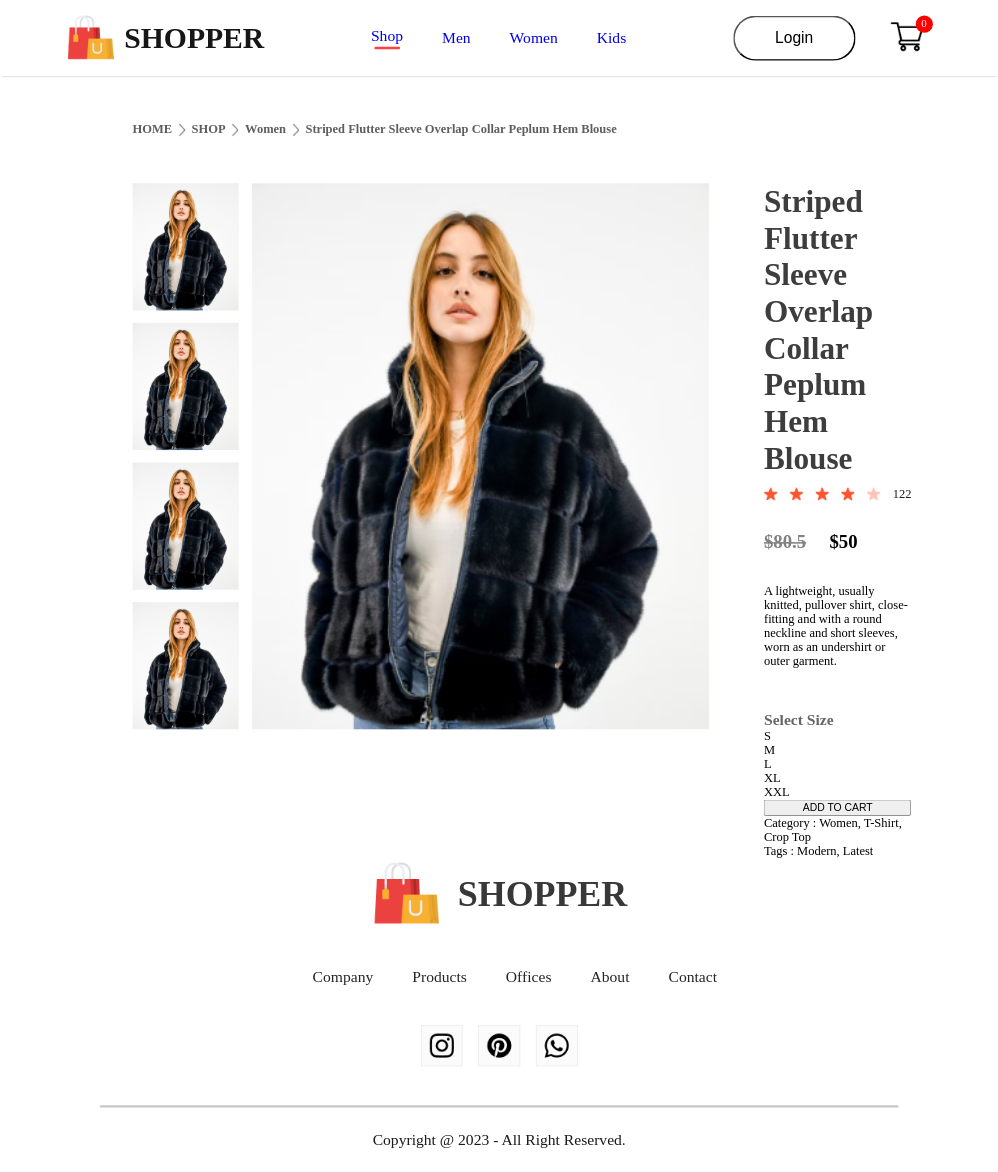
Repository: Nandhini653/SHOPPER-ECOM
Page: /product/1
The author's editor kept a copy of each file at every save. The page is drawn from the files as they stood at one save, then again after a run of saves.
The browser window is 1280 px wide. The pictures show the whole page, at 78% of full size.
The project was rebuilt for these pictures with package versions that can differ from the ones it lists, and the page was loaded fresh each time. Also part of the build but not shown: src/App.css, src/Pages/CSS/ShopCategory.css, src/Components/Item/Item.css, src/Components/Item/Item.jsx, src/Pages/ShopCategory.jsx, src/Pages/Cart.jsx, src/Pages/CSS/LoginSignup.css, src/Pages/LoginSignup.jsx and 13 more.

Above is the page before, as saved 2024-06-24 17:24:46.

After the next 6 saves:
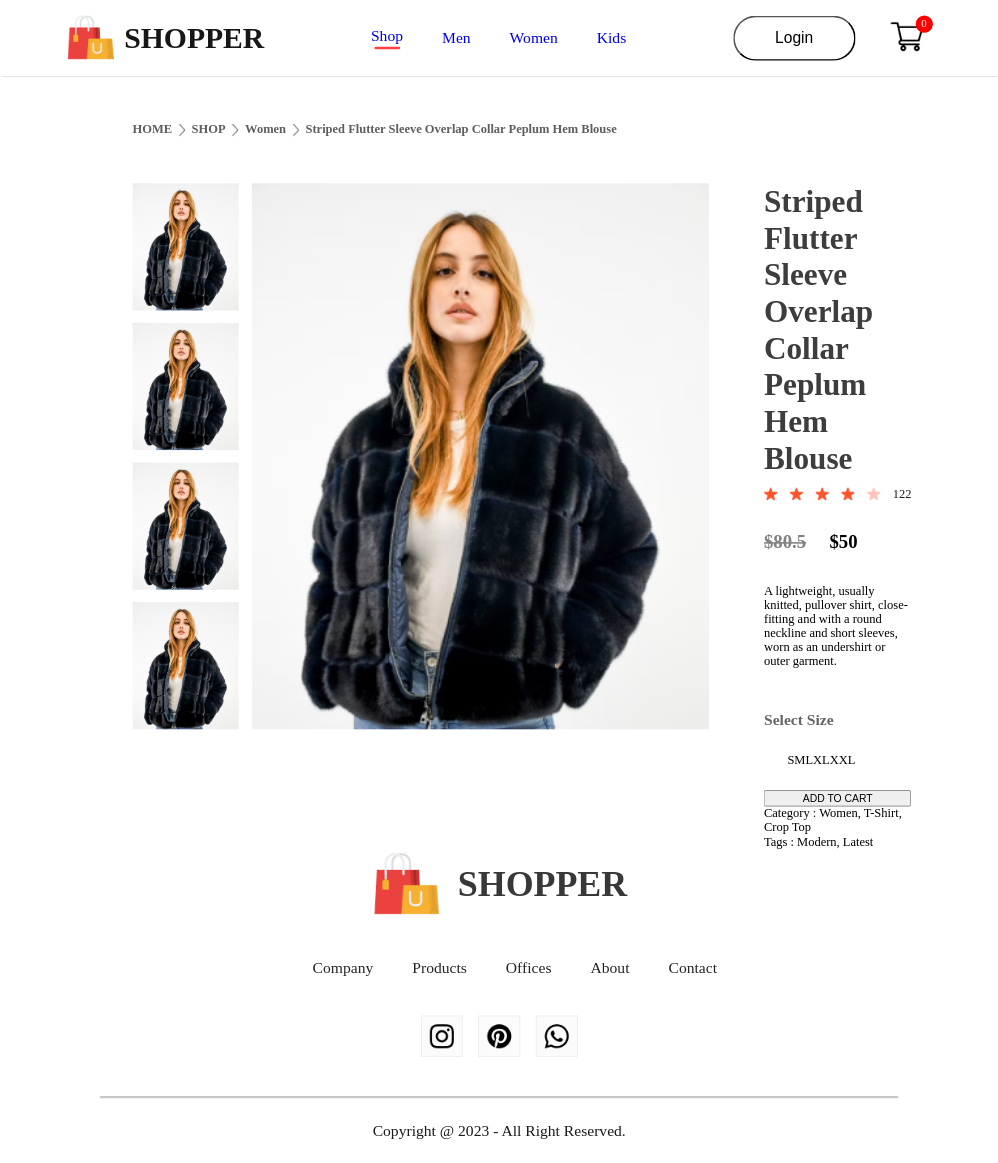
The 6 saves are shown as one change because they came seconds apart.
The last was saved 16 s later.
--- a/src/Components/ProductDisplay/ProductDisplay.css
+++ b/src/Components/ProductDisplay/ProductDisplay.css
@@ -68,4 +68,7 @@
     font-weight: 600;
 }
 
-.productdisplay-right-sizes
+.productdisplay-right-sizes {
+   display: flex;
+   margin: 30px ;
+}
